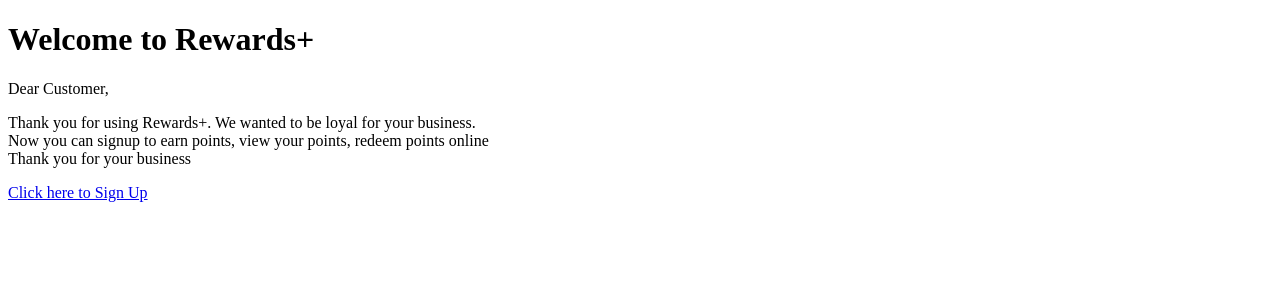
Repository: ahpraveen/springbootdemo
Page: demo/src/main/resources/static/home.html
An editor plug-in stored every save of this project. The page is shown before and after the next save, followed by the edit.
The browser window is 1280 px wide. The pictures show the whole page.

Above is the page before, as saved 2018-01-21 23:32:52.

After the next save:
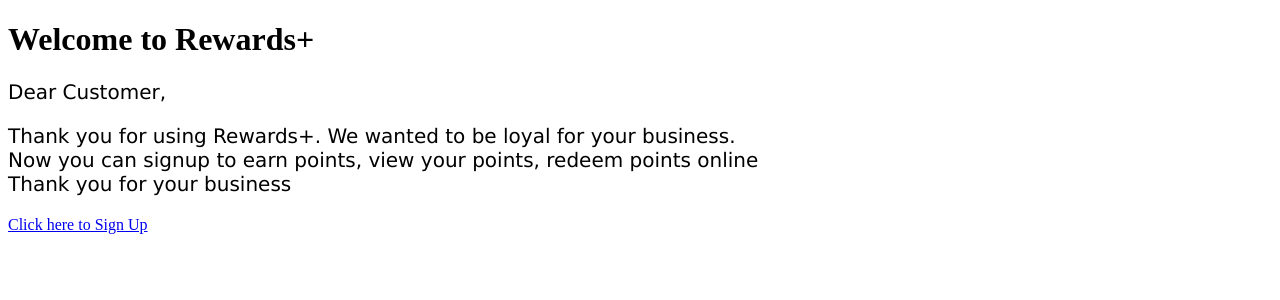
Saved 9 min 18 s later.
--- a/demo/src/main/resources/static/home.html
+++ b/demo/src/main/resources/static/home.html
@@ -2,6 +2,12 @@
 <html lang="en-US">
 <head>
 <title>Home - Rewards+</title>
+<style>
+p{
+   font-family: verdana;
+   font-size: 20px;
+	}
+</style>
 </head>
 <body>
 <h1> Welcome to Rewards+</h1>
